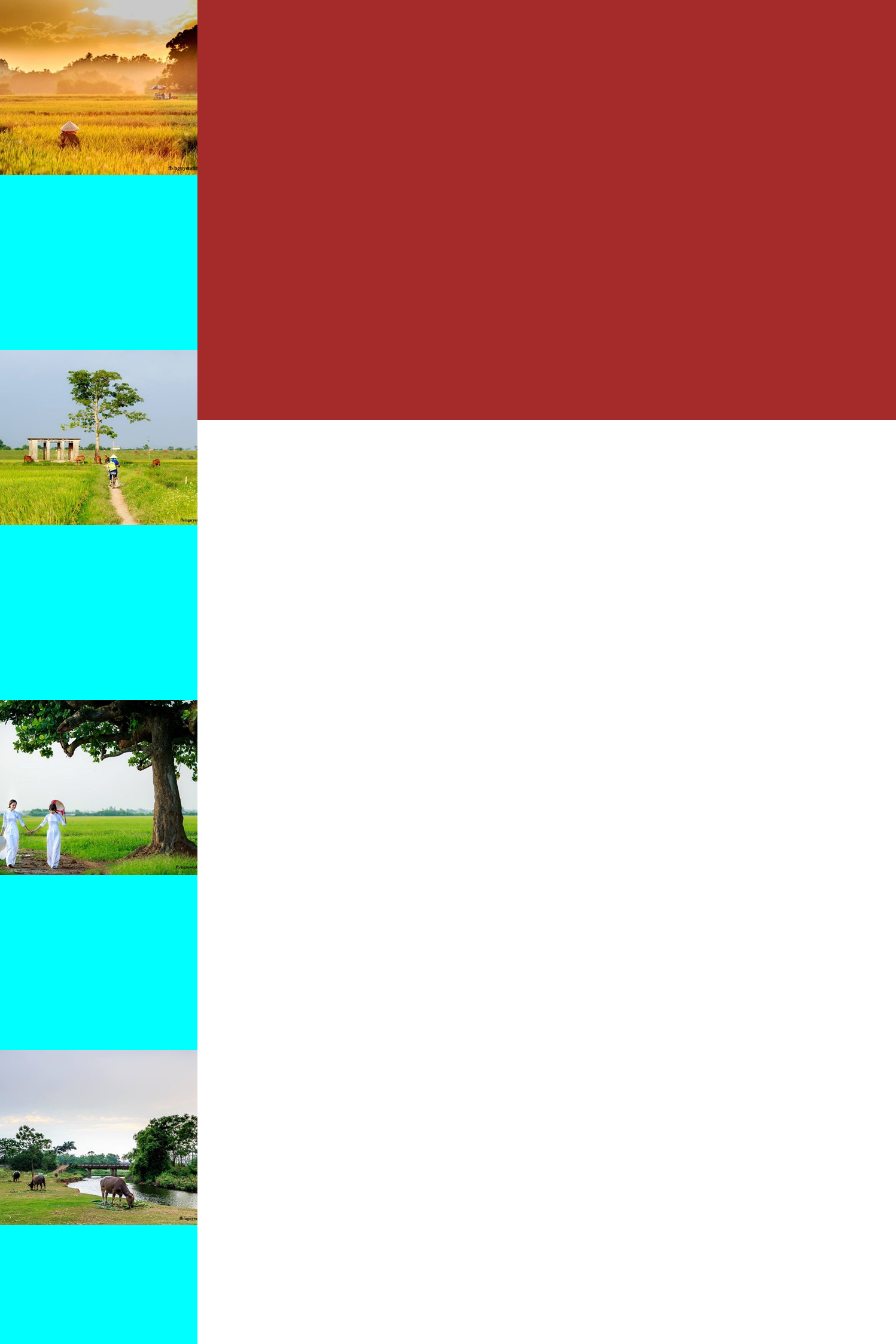
Repository: thinh909thinh/Thi
Page: index.html
These files come from the project's save history. The page is drawn as it stood at one moment and after the next save; the edit follows.
The browser window is 1280 px wide. The pictures show the part of the page from y = 1160 to 3080 px (the page is 3160 px tall before and 3560 px after), at 70% of full size.

Above is the page before, as saved 2022-05-13 09:26:09.

After the next save:
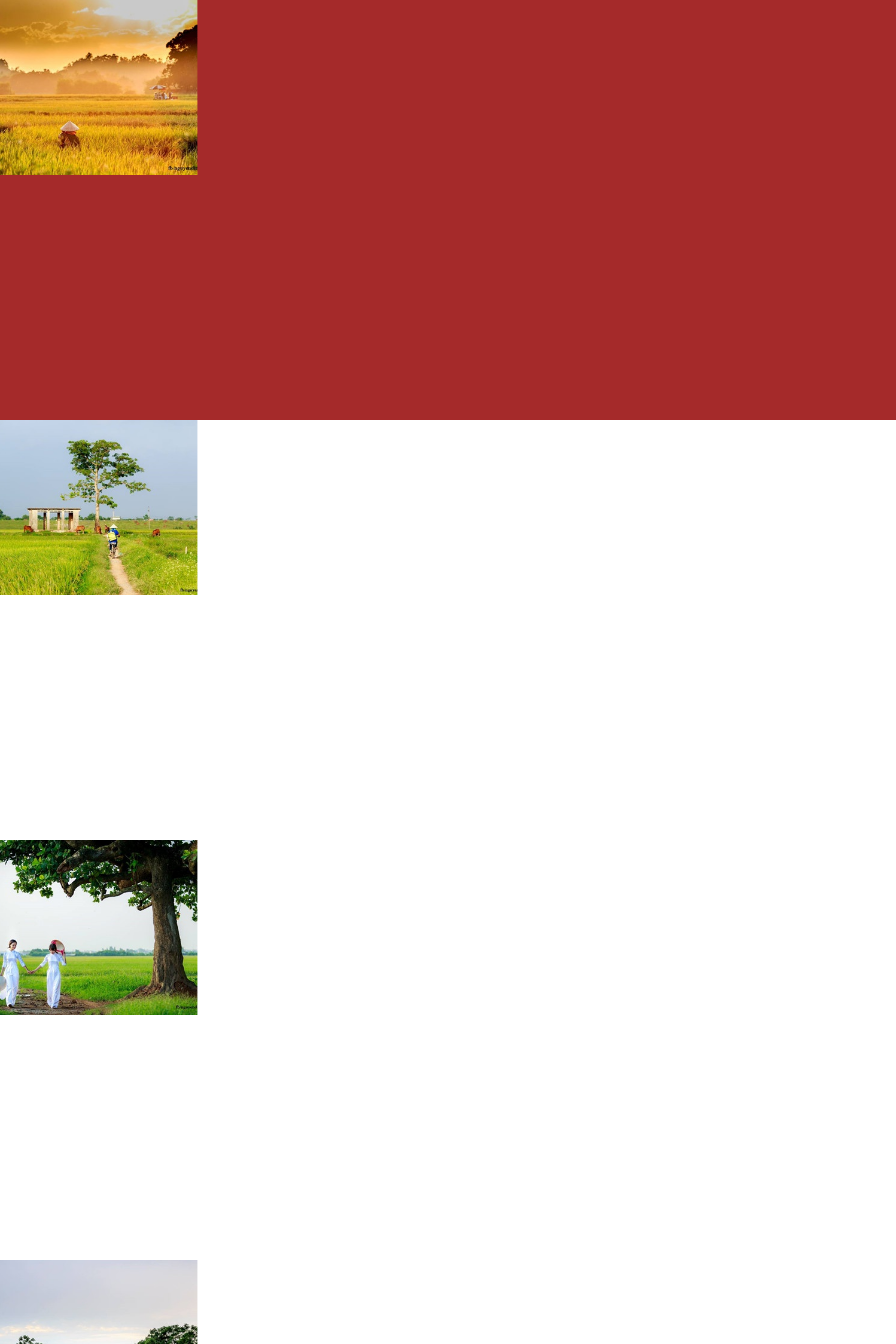
Saved 54 s later.
--- a/index.html
+++ b/index.html
@@ -59,19 +59,21 @@
                     <div class="card_top">
                         <img src="./img/dong_que_1.jpg" alt="">
                     </div>
-                    <div class="card_bot"></div>
+                </div>
+                <div class="card">
                     <div class="card_top">
                         <img src="./img/dong_que_2.jpg" alt="">
                     </div>
-                    <div class="card_bot"></div>
+                </div>
+                <div class="card">
                     <div class="card_top">
                         <img src="./img/dong_que_3.jpg" alt="">
                     </div>
-                    <div class="card_bot"></div>
+                </div>
+                <div class="card">
                     <div class="card_top">
                         <img src="./img/dong_que_4.jpg" alt="">
                     </div>
-                    <div class="card_bot"></div>
                 </div>
             </div>
         </div>
